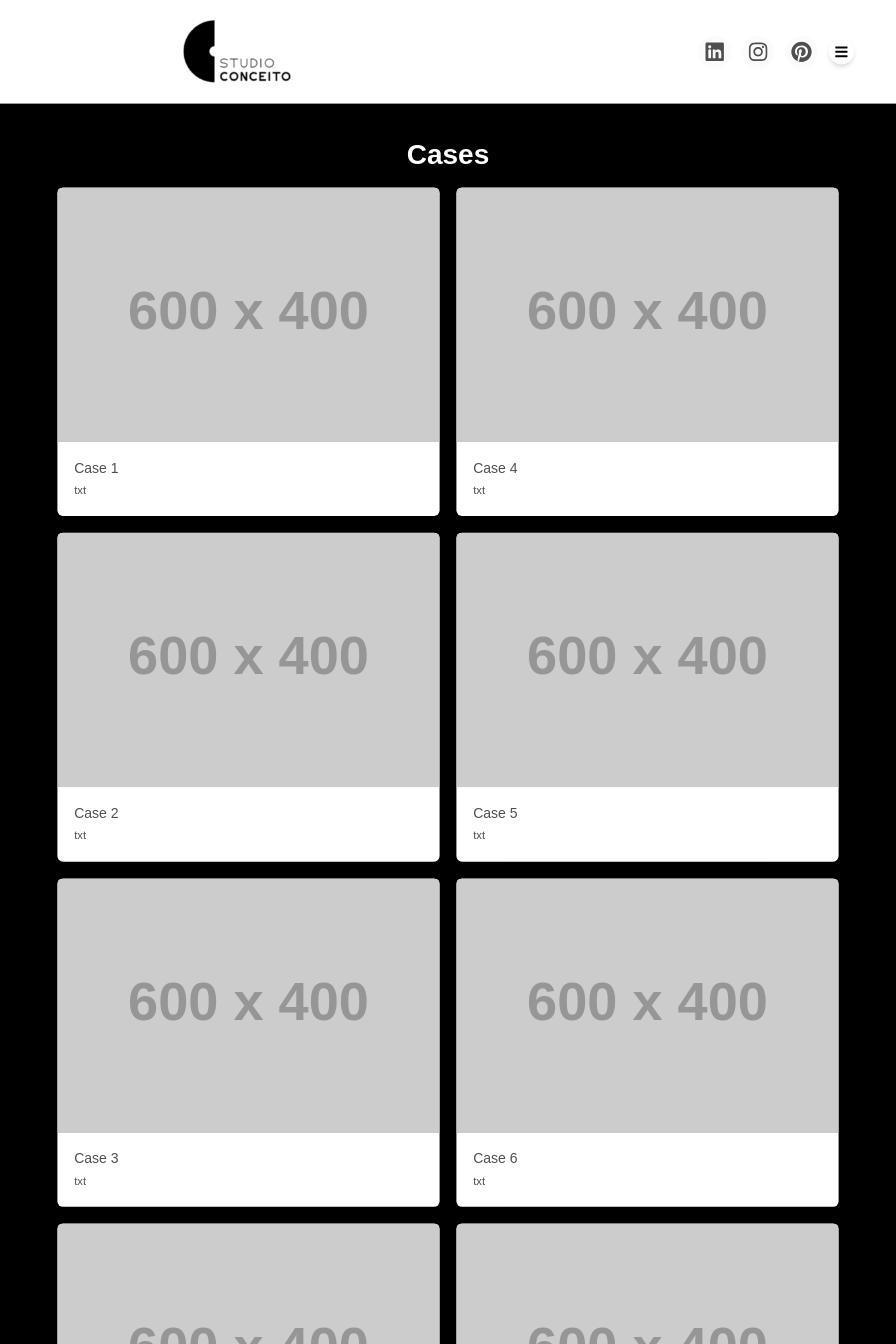
Repository: Upstairs-Agencia/studio-conceito-react
Page: /cases
These files come from the project's save history. The page is drawn as it stood at one moment and after the next save; the edit follows.
The browser window is 1280 px wide. The pictures show the part of the page from y = 0 to 1920 px (the page is 3517 px tall before and 3094 px after), at 70% of full size.
The project was rebuilt for these pictures with package versions that can differ from the ones it lists, and the page was loaded fresh each time. Also part of the build but not shown: src/pages/Home.js, src/pages/QuemSomos.js, src/pages/Servicos.js, src/pages/Blog.js, src/pages/Clientes.js, src/pages/Contato.js.

Above is the page before, as saved 2024-12-29 11:11:57.

After the next save:
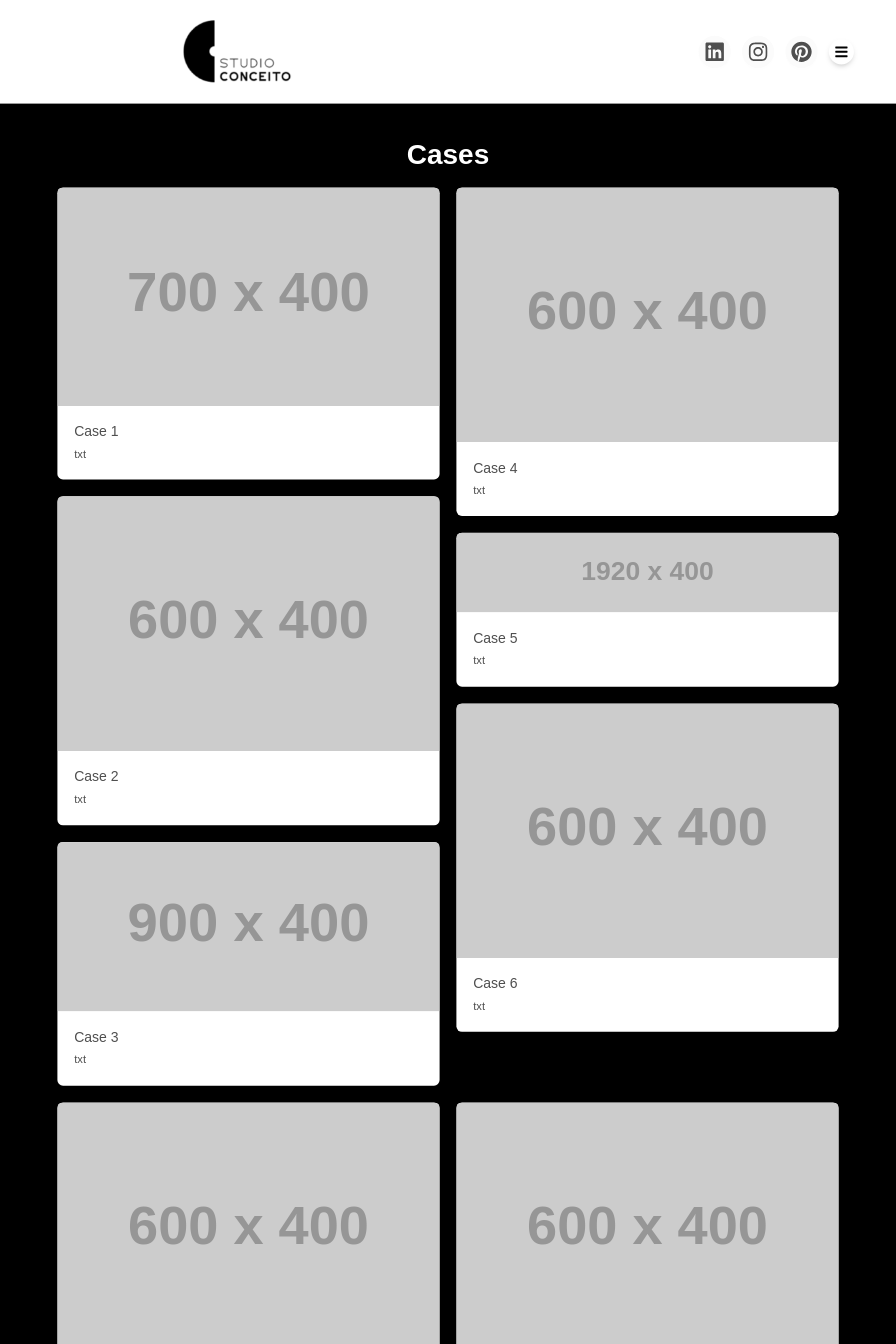
Saved 2 min 5 s later.
--- a/src/pages/Cases.js
+++ b/src/pages/Cases.js
@@ -9,7 +9,7 @@ const caseStudies = [
   {
     title: "Case 1",
     description: "txt",
-    image: "https://via.placeholder.com/600x400",
+    image: "https://via.placeholder.com/700x400",
   },
   {
     title: "Case 2",
@@ -19,7 +19,7 @@ const caseStudies = [
   {
     title: "Case 3",
     description: "txt",
-    image: "https://via.placeholder.com/600x400",
+    image: "https://via.placeholder.com/900x400",
   },
   {
     title: "Case 4",
@@ -29,7 +29,7 @@ const caseStudies = [
   {
     title: "Case 5",
     description: "txt",
-    image: "https://via.placeholder.com/600x400",
+    image: "https://via.placeholder.com/1920x400",
   },
   {
     title: "Case 6",
